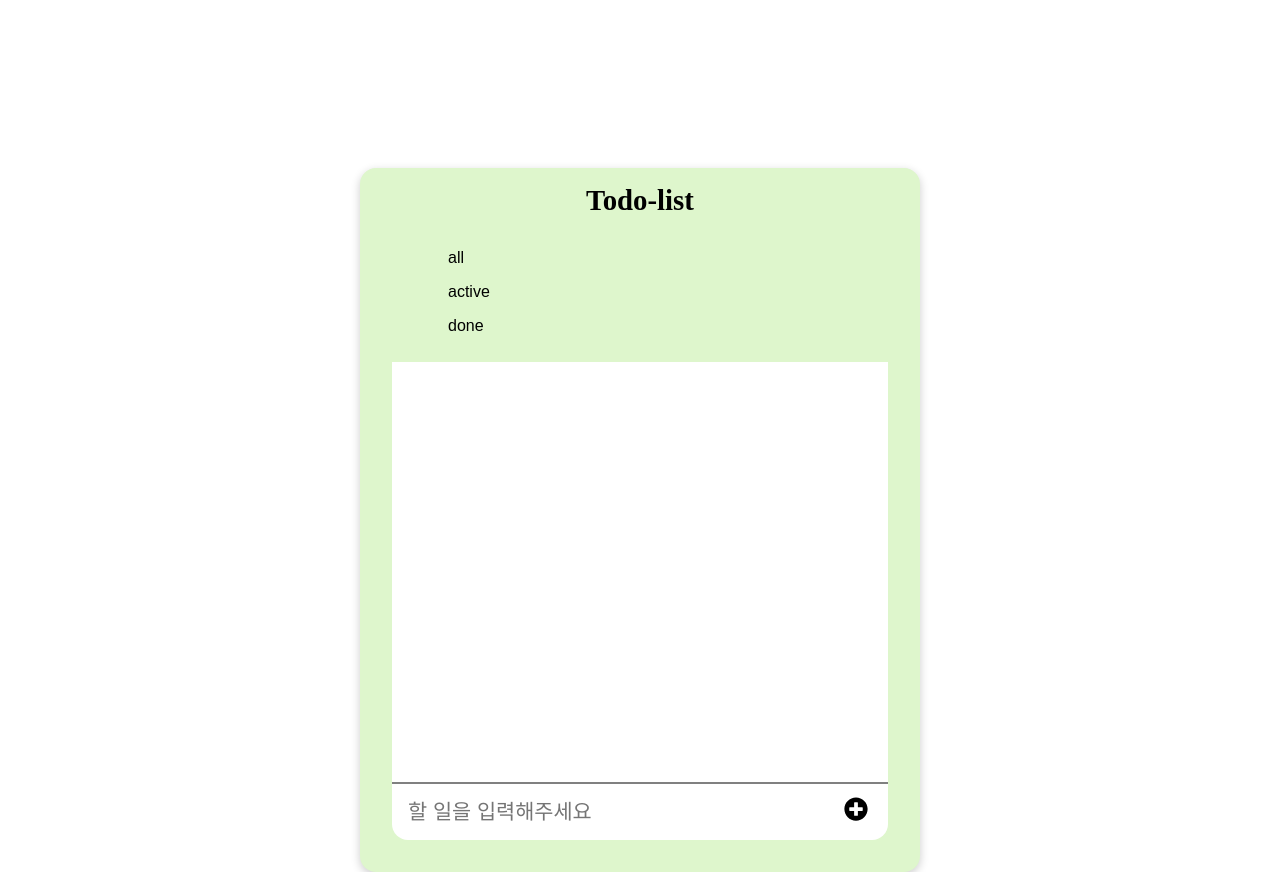
Repository: Yugayoung/todoList
Page: /
The author's editor kept a copy of each file at every save. The page is drawn from the files as they stood at one save, then again after the next save.
The browser window is 1280 px wide. The pictures show the whole page.
Some web fonts or font styles are not loaded; a fallback is used. The project was rebuilt for these pictures with package versions that can differ from the ones it lists, and the page was loaded fresh each time. Also part of the build but not shown: src/App.css, src/components/Todo.jsx.

Above is the page before, as saved 2024-03-26 18:20:17.

### src/index.css
@font-face {
  font-family: 'IM_Hyemin-Bold';
  src: url('./fonts/IM_Hyemin-Regular.otf') format('opentype');
  font-weight: normal;
  font-style: normal;
}

body {
  margin: 0;
  font-family: 'IM_Hyemin-Bold';
  -webkit-font-smoothing: antialiased;
  -moz-osx-font-smoothing: grayscale;
  width: 100vw;
  height: 100vh;
  display: flex;
  justify-content: center;
  align-items: center;
  font-size: 1.2rem;
}

code {
  font-family: source-code-pro, Menlo, Monaco, Consolas, 'Courier New',
    monospace;
}
#root {
  width: 100%;
  height: 60%;
  max-width: 35rem;
}

### src/App.js
import './App.css';
import TodoList from './pages/TodoList';
import Header from './components/Header';
import { styled } from 'styled-components';
import { useState } from 'react';

const TodoListSection = styled.section`
  background-color: #def6cc;
  border-radius: 1rem;
  box-shadow: 0 3px 10px rgb(0, 0, 0, 0.2);
  padding: 0rem 2rem;
`;

const filters = ['all', 'active', 'done'];

function App() {
  const [filter, setFilter] = useState(filters[0]);
  return (
    <TodoListSection>
      <Header filters={filters} filter={filter} onChange={setFilter} />
      <TodoList filter={filter} />
    </TodoListSection>
  );
}

export default App;

### src/pages/TodoList.jsx
import React, { useEffect, useState } from 'react';
import styled from 'styled-components';
import AddTodo from '../components/AddTodo';
import Todo from '../components/Todo';

const TodoUl = styled.ul`
  background-color: white;
  margin: 0rem;
  height: 400px;
  padding: 10px 1px;
  flex: 1 1 auto;
  overflow-y: auto;
`;

function readTodos() {
  const todos = localStorage.getItem('todos');
  return todos ? JSON.parse(todos) : [];
}

export default function TodoList() {
  const [todos, setTodos] = useState(() => readTodos());
  const handleAdd = (todo) => {
    console.log(todo);
    setTodos([...todos, todo]);
  };
  const handleDelete = (deleted) => {
    setTodos(todos.filter((t) => t.id !== deleted.id));
    console.log('delete');
  };

  const handleUpdate = (updated) =>
    setTodos(todos.map((t) => (t.id === updated.id ? updated : t)));
  useEffect(() => {
    localStorage.setItem('todos', JSON.stringify(todos));
  }, [todos]);
  return (
    <section>
      {/* TodoList */}
      <TodoUl>
        {todos.map((item) => (
          <Todo
            key={item.id}
            todo={item}
            onDelete={handleDelete}
            onUpdate={handleUpdate}
          />
        ))}
      </TodoUl>

      {/* 할일 입력 */}
      <AddTodo onAdd={handleAdd} />
    </section>
  );
}

### src/components/Header.jsx
import React from 'react';
import { styled } from 'styled-components';

const Title = styled.h2`
  text-align: center;
  font-weight: bold;
  padding: 1rem 0rem 0rem 0rem;
`;

const TapBtn = styled.button`
  background-color: transparent;
  border: none;
  margin-right: 0.5rem;
  padding: 0.5rem 1rem;
  font-size: 1rem;
  &:hover {
    color: #fd6cfd;
  }
  &:active {
    background-color: white;
    border-radius: 1rem 1rem 0rem 0rem;
    font-weight: bold;
  }
`;

const FilterUl = styled.ul`
  list-style: none;
`;
const FilterLi = styled.li`
  list-style: none;
`;

export default function Header({ filters, filter, onFilterChange }) {
  return (
    <header>
      <Title>Todo-list</Title>
      {/* 할일 state */}
      <FilterUl>
        {filters.map((value, index) => (
          <FilterLi key={index}>
            <TapBtn>{value}</TapBtn>
          </FilterLi>
        ))}
      </FilterUl>
    </header>
  );
}

### src/components/AddTodo.jsx
import React, { useState } from 'react';
import { FaPlusCircle } from 'react-icons/fa';
import styled from 'styled-components';
import { v4 as uuidv4 } from 'uuid';

const InputForm = styled.form`
  background-color: transparent;

  padding-bottom: 2rem;
  width: 100%;
  display: flex;
`;
const Input = styled.input`
  flex: 1 0 auto;
  font-size: 1.3rem;
  border: none;
  border-top: 2px solid gray;
  border-radius: 0rem 0rem 0rem 1rem;
  padding: 1rem;
`;

const AddBtn = styled.button`
  background-color: white;
  border: none;
  font-size: 1.5rem;
  padding: 2px 4px;
  border-top: 2px solid gray;
  width: 4rem;
  border-radius: 0rem 0rem 1rem 0rem;
  &:hover {
    color: red;
  }
`;
export default function AddTodo({ onAdd }) {
  const [text, setText] = useState('');
  const handleSubmit = (e) => {
    e.preventDefault();
    if (text.trim().length === 0) {
      return;
    }
    onAdd({ id: uuidv4(), text, status: 'active' });
    setText('');
  };
  const handleChange = (e) => setText(e.target.value);
  return (
    <InputForm onSubmit={handleSubmit}>
      <Input
        type='text'
        placeholder='할 일을 입력해주세요'
        value={text}
        onChange={handleChange}
      />
      <AddBtn>
        <FaPlusCircle />
      </AddBtn>
    </InputForm>
  );
}

Loaded but not shown: public/index.html (common file); src/index.js (common file); src/reportWebVitals.js (common file)

After the next save:
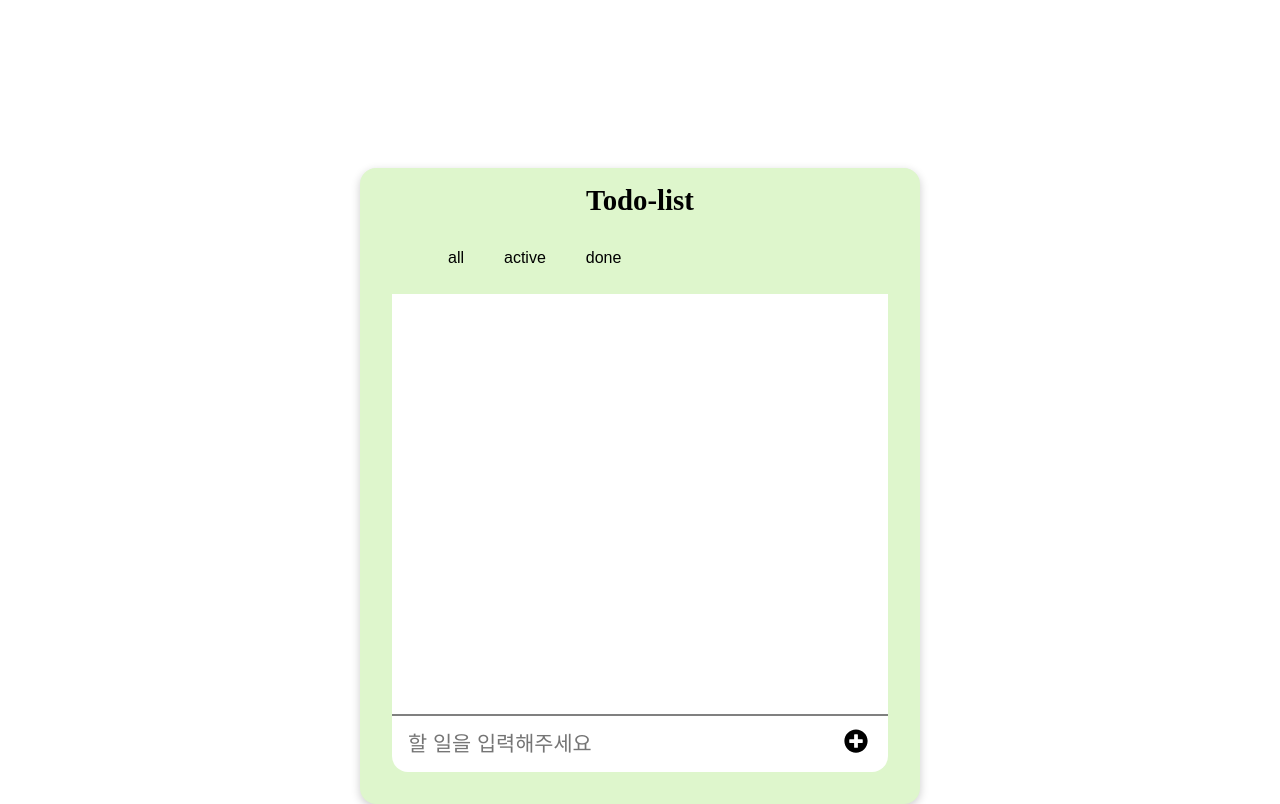
Saved 11 s later.
--- a/src/components/Header.jsx
+++ b/src/components/Header.jsx
@@ -24,7 +24,7 @@ const TapBtn = styled.button`
 `;
 
 const FilterUl = styled.ul`
-  list-style: none;
+  display: flex;
 `;
 const FilterLi = styled.li`
   list-style: none;
